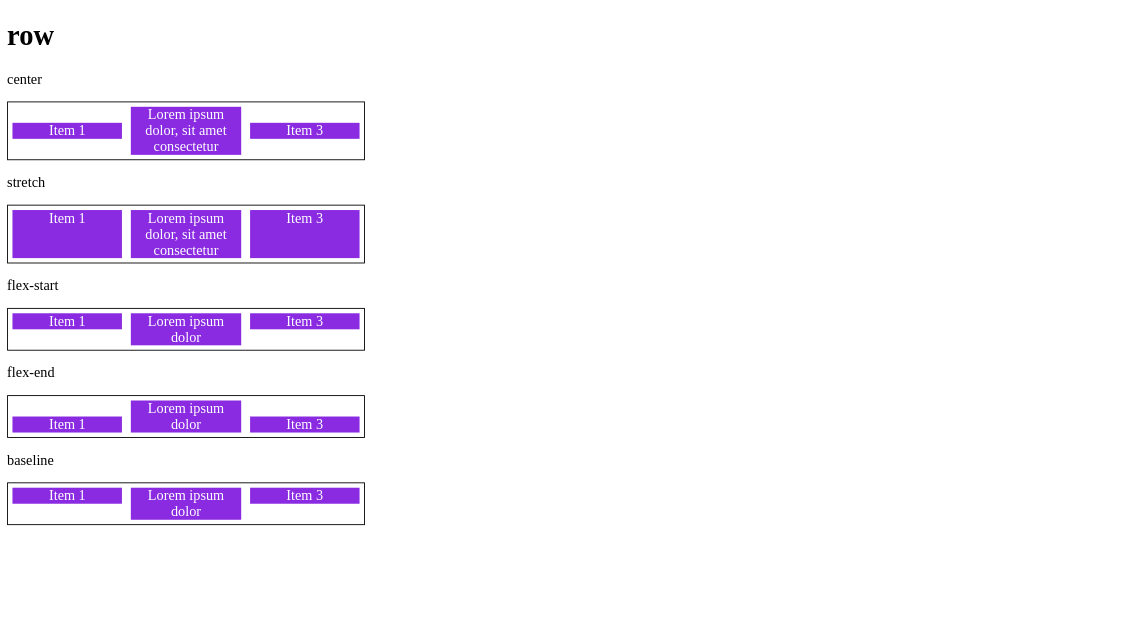
Repository: gabrielbino/projects-dio
Page: Flexbox/@align-items.html
An editor plug-in stored every save of this project. The page is shown before and after the next save, followed by the edit.
The browser window is 1280 px wide. The pictures show the whole page, at 89% of full size.

Above is the page before, as saved 2021-10-22 18:10:32.

After the next save:
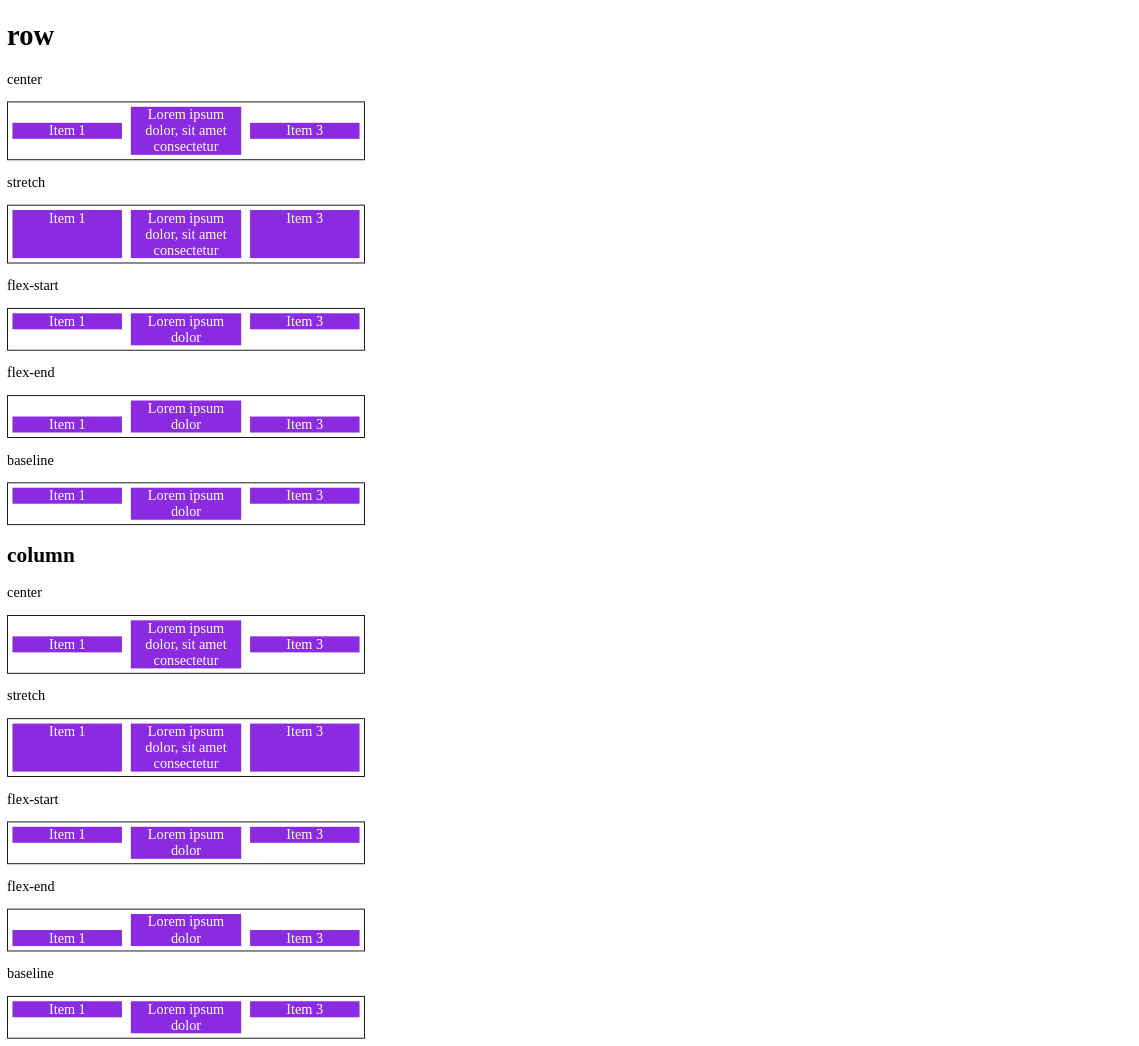
Saved 73 s later.
--- a/Flexbox/@align-items.html
+++ b/Flexbox/@align-items.html
@@ -38,6 +38,10 @@
       .baseline {
         align-items: baseline;
       }
+
+      .column {
+        align-items: column;
+      }
     </style>
   </head>
   <body>
@@ -76,5 +80,41 @@
       <div class="item">Lorem ipsum dolor</div>
       <div class="item">Item 3</div>
     </section>
+
+    <h2>column</h2>
+    <p>center</p>
+    <section class="container center column">
+      <div class="item">Item 1</div>
+      <div class="item">Lorem ipsum dolor, sit amet consectetur</div>
+      <div class="item">Item 3</div>
+    </section>
+
+    <p>stretch</p>
+    <section class="container stretch column">
+      <div class="item">Item 1</div>
+      <div class="item">Lorem ipsum dolor, sit amet consectetur</div>
+      <div class="item">Item 3</div>
+    </section>
+
+    <p>flex-start</p>
+    <section class="container flexStart column">
+      <div class="item">Item 1</div>
+      <div class="item">Lorem ipsum dolor</div>
+      <div class="item">Item 3</div>
+    </section>
+
+    <p>flex-end</p>
+    <section class="container flexEnd column">
+      <div class="item">Item 1</div>
+      <div class="item">Lorem ipsum dolor</div>
+      <div class="item">Item 3</div>
+    </section>
+
+    <p>baseline</p>
+    <section class="container baseline column">
+      <div class="item">Item 1</div>
+      <div class="item">Lorem ipsum dolor</div>
+      <div class="item">Item 3</div>
+    </section>
   </body>
 </html>
